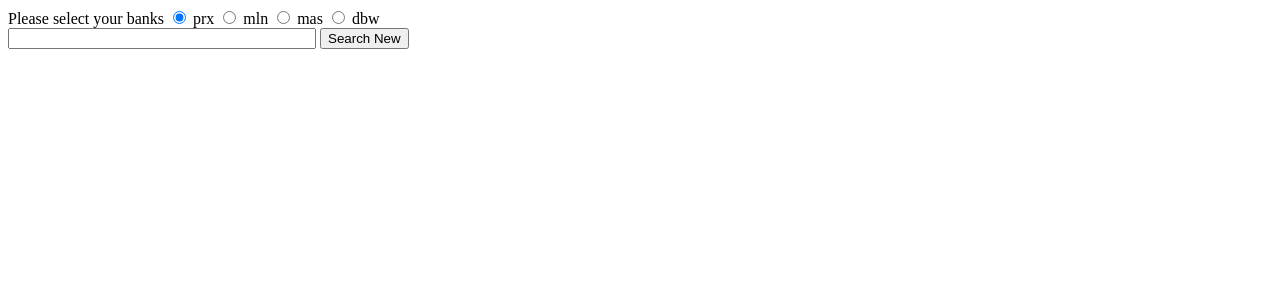
Repository: KingWisdomDEV/kingwisdomdev.github.io
Page: search-keys/index.html
These files come from the project's save history. The page is drawn as it stood at one moment and after the next save; the edit follows.
The browser window is 1280 px wide. The pictures show the whole page.

Above is the page before, as saved 2022-03-27 11:50:59.

### search-keys/index.html
<!DOCTYPE html>
<html lang="en">

<head>
    <meta charset="UTF-8">
    <meta http-equiv="X-UA-Compatible" content="IE=edge">
    <meta name="viewport" content="width=device-width, initial-scale=1.0">
    <title>Search Keys | King Wisdom</title>
</head>

<body>
    <span>Please select your banks</span>
    <input type="radio" id="prx" checked name="bankName" value="prx">
    <label for="prx">prx</label>
    <input type="radio" id="mln" name="bankName" value="mln">
    <label for="mln">mln</label>
    <input type="radio" id="mas" name="bankName" value="mas">
    <label for="mas">mas</label>
    <input type="radio" id="dbw" name="bankName" value="dbw">
    <label for="dbw">dbw</label>
    <br>
    <input type="text" id="keywords" style="width: 300px"/>
    <button id="btn-search-new">Search New</button>

    <div id="result">

    </div>
    <script src="./script.js"></script>
</body>

</html>

Loaded but not shown: search-keys/script.js (no copy from this time; the picture is the same without it)

After the next save:
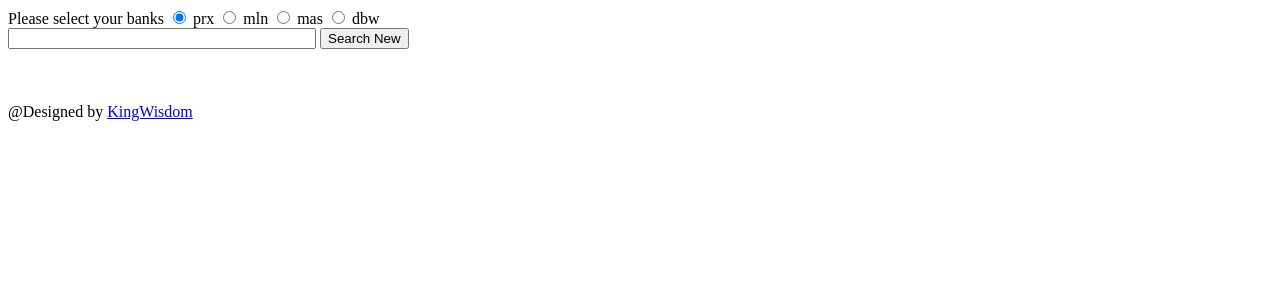
Saved 25 s later.
--- a/search-keys/index.html
+++ b/search-keys/index.html
@@ -24,7 +24,9 @@
 
     <div id="result">
 
-    </div>
+    </div><br><br><br>
+    @Designed by <a href="https://github.com/KingWisdomDEV">KingWisdom</a>
+
     <script src="./script.js"></script>
 </body>
 
